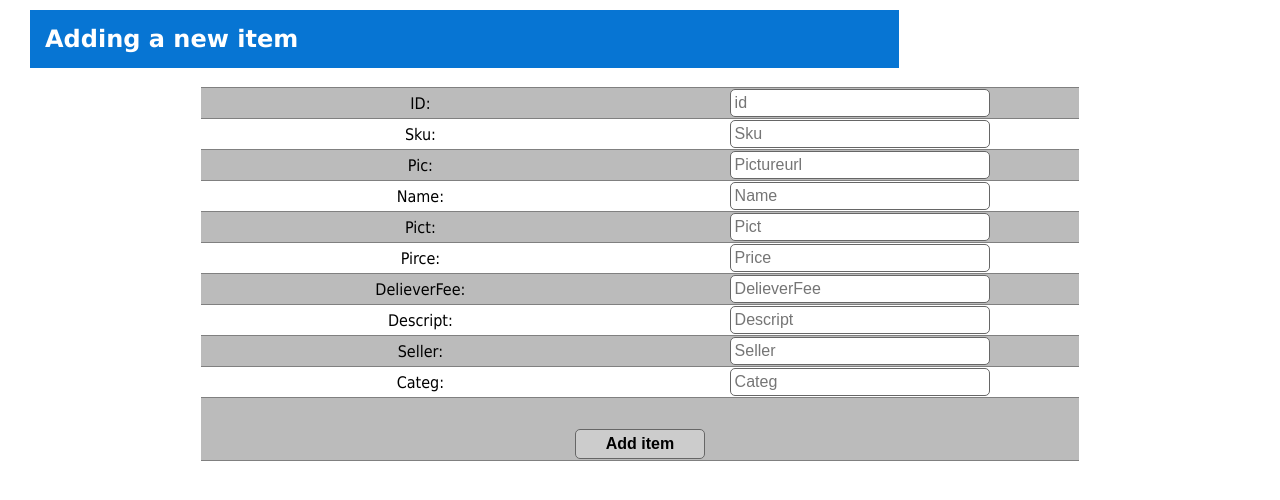
Repository: UnforgivenZZZ/bulldog
Page: http://localhost/bulldog/adding
The author's editor kept a copy of each file at every save. The page is drawn from the files as they stood at one save, then again after the next save.
The browser window is 1280 px wide. The pictures show the whole page.
The page is served by Tomcat 9. Other server files are loaded and not shown.

Above is the page before, as saved 2017-07-13 01:52:59.

### bulldog/WebContent/addingitem.html
<!DOCTYPE html PUBLIC "-//W3C//DTD HTML 4.01 Transitional//EN" "http://www.w3.org/TR/html4/loose.dtd">
<html>
<head>
<meta http-equiv="Content-Type" content="text/html; charset=ISO-8859-1">
<title>Adding new item</title>
<link type="text/css" rel="stylesheet" href="css/add-products-style.css">
<link type="text/css" rel="stylesheet" href="css/style.css">
</head>
<body>

<!-- 	id,sku,pic,name,pict,price,delieverFee,descript,seller,categ,postDate -->
    <form action="adding" method="post">
        <table border="0" width="45%" align="center">



			<div id ="wrapper">
				<div id ="header">
					<h2>Adding a new item</h2>
				</div>
			</div>

             <tr>
                <td width="50%">ID: </td>
                <td><input type="text" placeholder="id" name="_id"></td>
            </tr>
             <tr>
                <td width="50%">Sku: </td>
                <td><input type="text" placeholder="Sku" name="_Sku"></td>
            </tr>
            <tr>
                <td>Pic: </td>
                <td><input type="text" placeholder="Pictureurl" name="_Pictureurl"></td>
            </tr>
            <tr>
                <td>Name: </td>
                <td><input type="text" placeholder="Name" name="_Name"></td>
            </tr>
             <tr>
                <td>Pict: </td>
                <td><input type="text" placeholder="Pict" name="_Pict"></td>
            </tr>
             <tr>
                <td>Pirce: </td>
                <td><input type="text" placeholder="Price" name="_Price"></td>
            </tr>
            <tr>
                <td>DelieverFee: </td>
                <td><input type="text" placeholder="DelieverFee" name="_DelieverFee"></td>
            </tr>
            <tr>
                <td>Descript: </td>
                <td><input type="text" placeholder="Descript" name="_Descript"></td>
            </tr>
             <tr>
                <td>Seller: </td>
                <td><input type="text" placeholder="Seller" name="_Seller"></td>
            </tr>
            <tr>
                <td>Categ: </td>
                <td><input type="text" placeholder="Categ" name="_Categ"></td>
            </tr>



			<br/>

            <tr>
            <!-- change to onlick cannot proces if not working with duplicate -->
                <td colspan="2" align="center"><input type="Submit" value="Add item" class="save"/></td>
            </tr>
        </table>

    </form>
</body>
</html>

### bulldog/src/com/add/adding.java
package com.add;
import com.connection.*;
import java.io.IOException;

import javax.servlet.ServletContext;
import javax.servlet.ServletException;
import javax.servlet.annotation.WebServlet;
import javax.servlet.http.HttpServlet;
import javax.servlet.http.HttpServletRequest;
import javax.servlet.http.HttpServletResponse;
import java.sql.*;
import net.codejava.email.*;

/**
 * Servlet implementation class register
 */
@WebServlet("/adding")
public class adding extends HttpServlet {
	private static final long serialVersionUID = 1L;
	private Connection con;
	private static final String qry = "INSERT INTO products(id,sku,pic,name,pict,price,delieverFee,descript,seller,categ) "+
			" VALUES(?,?,?,?,?,?,?,?,?,?) ";

    private String host;
    private String port;
    private String user;
    private String pass;

    /**
     * @see HttpServlet#HttpServlet()
     */
    public adding() {
        super();
        // TODO Auto-generated constructor stub
		con = ConnectionManager.getConnection();

    }

    public void init() {
        // reads SMTP server setting from web.xml file
        ServletContext context = getServletContext();
        host = context.getInitParameter("host");
        port = context.getInitParameter("port");
        user = context.getInitParameter("user");
        pass = context.getInitParameter("pass");
    }

	/**
	 * @see HttpServlet#doGet(HttpServletRequest request, HttpServletResponse response)
	 */
	protected void doGet(HttpServletRequest request, HttpServletResponse response) throws ServletException, IOException {
		// TODO Auto-generated method stub
		request.getRequestDispatcher("/addingitem.html").forward(request, response);
	}

	/**
	 * @see HttpServlet#doPost(HttpServletRequest request, HttpServletResponse response)
	 */
	protected void doPost(HttpServletRequest request, HttpServletResponse response) throws ServletException, IOException {
		// TODO Auto-generated method stub
		PreparedStatement ps = null;

		//id,sku,pic,name,pict,price,delieverFee,descript,seller,categ,postDate
		int id = Integer.parseInt(request.getParameter("_id"));
		String sku = request.getParameter("_Sku").toString();
		String picurl = request.getParameter("_Pictureurl").toString();
		String name = request.getParameter("_Name").toString();
		String pict = request.getParameter("_Pict").toString();
		double price =  Double.parseDouble(request.getParameter("_Price"));
		double DelieverFee = Double.parseDouble(request.getParameter("_DelieverFee"));
		String Descript = request.getParameter("_Descript").toString();
		int Seller =Integer.parseInt( request.getParameter("_Seller").toString());
		int Categ = Integer.parseInt(request.getParameter("_Categ").toString());
;

		try{
			con.setAutoCommit(false);
			ps = con.prepareStatement(qry);
			ps.setInt(1, id);
			ps.setString(2, sku);
			ps.setString(3, picurl);
			ps.setString(4, name);
			ps.setString(5, pict);
			ps.setDouble(6, price);
			ps.setDouble(7, DelieverFee);
			ps.setString(8, Descript);
			ps.setInt(9, Seller);
			ps.setInt(10, Categ);
			ps.executeUpdate();
			con.commit();


		}catch(Exception ex){
			System.out.println(ex.getMessage());
		}finally{
			try{
				con.setAutoCommit(true);
				ps.close();
			}catch(Exception ex){
				System.out.println(ex.getMessage());

			}
		}
	}

}

### bulldog/src/com/connection/ConnectionManager.java
package com.connection;

import java.sql.Connection;
import javax.naming.Context;
import javax.naming.InitialContext;
import javax.sql.DataSource;

public class ConnectionManager {
	private static final String INIT_LOOOKUP = "java:comp/env";
	private static final String DB_LOOKUP = "jdbc/shoppingAppDB";
	public static Connection con = null;

	public ConnectionManager(){
	}

	public static Connection getConnection() {
		try {
			Context initContext = new InitialContext();
            Context envContext = (Context) initContext.lookup(INIT_LOOOKUP);
            DataSource ds = (DataSource) envContext.lookup(DB_LOOKUP);
            con = ds.getConnection();
//            con.setAutoCommit(false);
		} catch(Exception e) {
			e.printStackTrace();
		}
		return con;
	}

	public static void closeConnection(Connection con) {
		try {
			if(con != null) {
				con.close();
			}
		} catch(Exception e) {
			e.printStackTrace();
		}
	}
}

### bulldog/WebContent/css/style.css
html, body{
	margin-left:15px; margin-right:15px;
	padding:0px;
	font-family:Verdana, Arial, Helvetica, sans-serif;
}

table {
	border-collapse:collapse;
	border-bottom:1px solid gray;
	font-family: Tahoma,Verdana,Segoe,sans-serif;
	width:72%;
}

th {
	border-bottom:1px solid gray;
	background:none repeat scroll 0 0 #0775d3;
	padding:10px;
	color: #FFFFFF;
}

tr {
	border-top:1px solid gray;
	text-align:center;
}

tr:nth-child(even) {background: #FFFFFF}
tr:nth-child(odd) {background: #BBBBBB}

#wrapper {width: 100%; margin-top: 0px; }
#header {width: 70%; background: #0775d3; margin-top: 0px; padding:15px 0px 15px 15px;}
#header h2 {width: 100%; margin:auto; color: #FFFFFF;}
#container {width: 100%; margin:auto}
#container h3 {color: #000;}
#container #content {margin-top: 20px;}

.add-student-button {
	border: 1px solid #666;
	border-radius: 5px;
	padding: 4px;
	font-size: 12px;
	font-weight: bold;
	width: 120px;
	padding: 5px 10px;

	margin-bottom: 15px;
	background: #cccccc;
}

Loaded but not shown: bulldog/WebContent/css/add-products-style.css (common file)

After the next save:
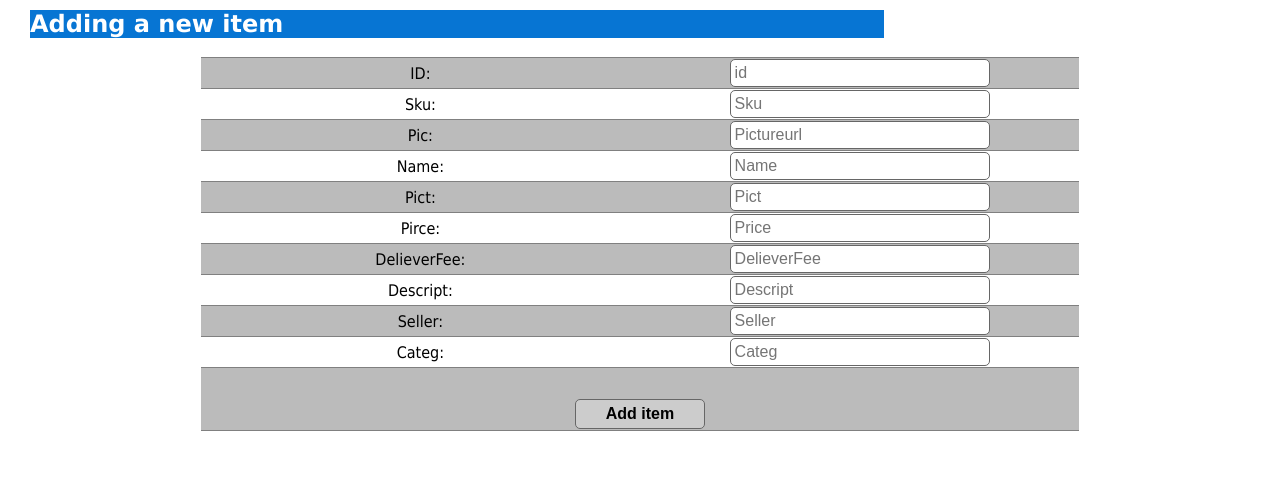
Saved 19 s later.
--- a/bulldog/WebContent/css/style.css
+++ b/bulldog/WebContent/css/style.css
@@ -27,7 +27,7 @@ tr:nth-child(even) {background: #FFFFFF}
 tr:nth-child(odd) {background: #BBBBBB}
 
 #wrapper {width: 100%; margin-top: 0px; }
-#header {width: 70%; background: #0775d3; margin-top: 0px; padding:15px 0px 15px 15px;}
+#header {width: 70%; background: #0775d3; margin-top: 0px; }
 #header h2 {width: 100%; margin:auto; color: #FFFFFF;}
 #container {width: 100%; margin:auto}
 #container h3 {color: #000;}
